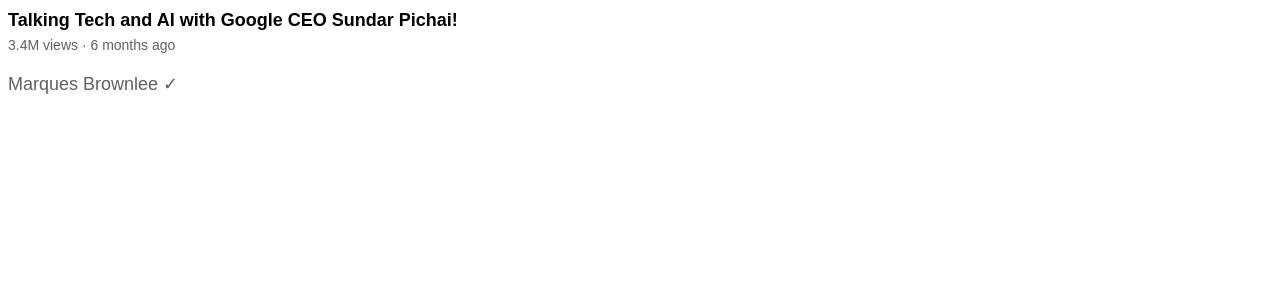
Repository: knowledgeAlan/html-css-five
Page: text.html
An editor plug-in stored every save of this project. The page is shown before and after the next save, followed by the edit.
The browser window is 1280 px wide. The pictures show the whole page.

Above is the page before, as saved 2024-02-28 19:06:00.

### text.html
<style>
    p{
        font-family: Arial;
        margin-top: 0;
        margin-bottom: 0;
    }

    .video-stats{
        font-size: 14px;
        color: rgb(96, 96, 96);
        margin-bottom: 20px;
    }

    .video-title {
        font-weight: bold;
        font-size: 18px;
        width: 280 px;
        line-height: 24px;
        margin-bottom: 5px ;
    }

    .video-author {
        font-size: 18px;
        color: rgb(96, 96, 96);
        margin-bottom: 20px ;
    }

    .video-description {
        font-size: 14px;
        color: rgb(96, 96, 96);
        width: 280px;
        line-height: 22px;
        margin-bottom: 100px;
    }


    .apple-text {
        margin-bottom: 50px;
        font-size: 14px;
        background-color: rgb(227, 65, 64);
        color: white;
        text-align: center;
        padding-top: 18px;
        padding-bottom: 18px;
    }


    .span-example {
        color:red;
    }

    .span-example:hover{
        text-decoration: underline;
    }

    .shop-link {
        cursor: pointer;
    }

    .shop-link:hover{
        text-decoration: underline;
    }

</style>


<p class="video-title">
    Talking Tech and AI with Google CEO Sundar Pichai!
</p>

<p class="video-stats">
    3.4M views &#183; 6 months ago
</p>


<p class="video-author">
    Marques Brownlee &#10003;
</p>

After the next save:
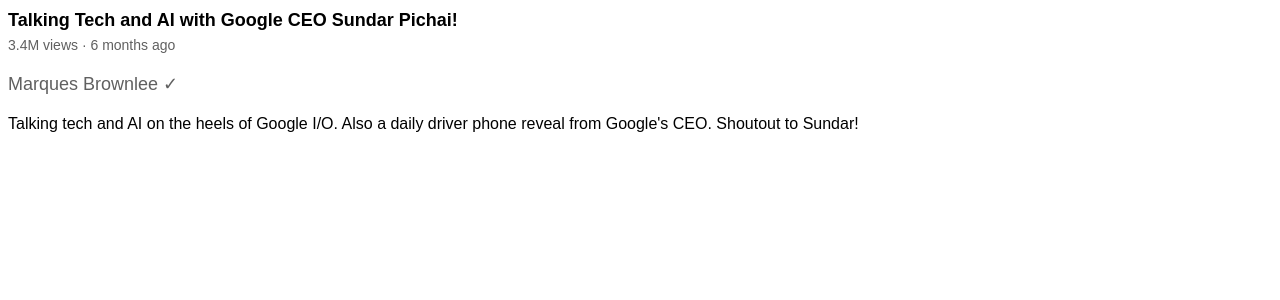
Saved 35 s later.
--- a/text.html
+++ b/text.html
@@ -76,3 +76,7 @@
 <p class="video-author">
     Marques Brownlee &#10003;
 </p>
+
+<p class="video-decription">
+    Talking tech and AI on the heels of Google I/O. Also a daily driver phone reveal from Google's CEO. Shoutout to Sundar!
+</p>
